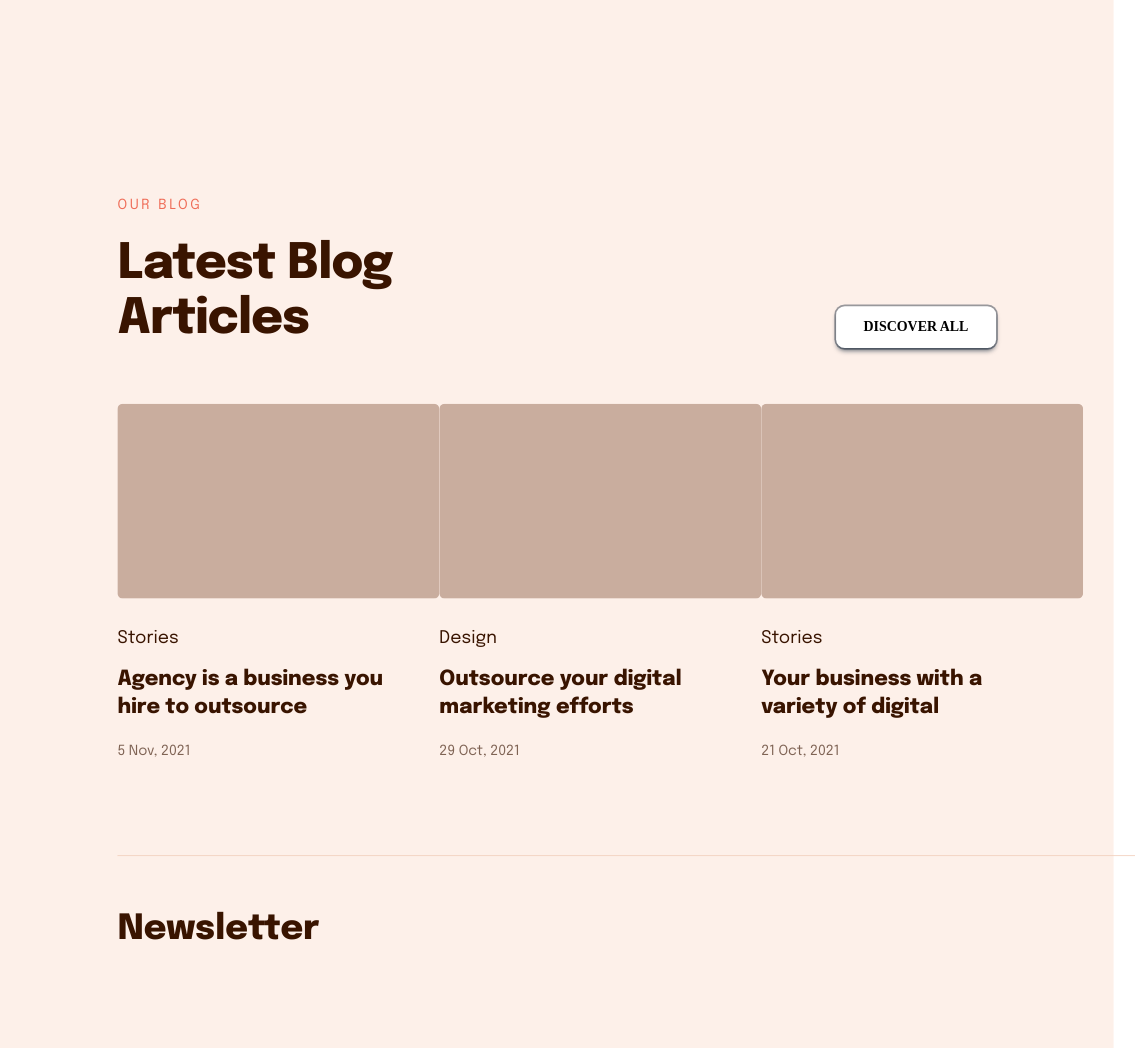
Repository: AytacJafarova/blog
Page: index.html
These files come from the project's save history. The page is drawn as it stood at one moment and after the next save; the edit follows.
The browser window is 1280 px wide. The page is 1305 px wide, so the pictures cover 1305 px, including what lies to the right of the window. The pictures show the whole page, at 87% of full size.

Above is the page before, as saved 2023-08-03 13:51:28.

### index.html
<!DOCTYPE html>
<html lang="en">

<head>
    <meta charset="UTF-8">
    <meta name="viewport" content="width=device-width, initial-scale=1.0">
    <title>Document</title>
    <link rel="stylesheet" href="./index.css">
</head>
<body>
    <div class="container">
        <div class="blog">
            <div class="box1">
                <h1>Our Blog</h1>
                <h2>Latest Blog Articles</h2>
            </div>
            <div class="box2">
                <div class="button">
                    <!-- <img src="./images/Portfolio_Responsive_Template_from_Laaqiq (Copy).zip" alt=""> -->
                    <a href="#" class="button">DISCOVER ALL</a>
                </div>
            </div>
        </div>
        <div class="about-us">
            <div class="stories">
                <img src="./images/overlay.svg" alt="">
                <h1>Stories</h1>
                <p>Agency is a business you hire to outsource</p>
                <p class="nov-5">5 Nov, 2021</p>
            </div>
            <div class="design">
                <img src="./images/overlay.svg" alt="">
                <h1>Design</h1>
                <p>Outsource your digital marketing efforts</p>
                <p class="nov-5">29 Oct, 2021</p>
            </div>
            <div class="marketing">
                <img src="./images/overlay.svg" alt="">
                <h1>Stories</h1>
                <p>Your business with a variety of digital</p>
                <p class="nov-5">21 Oct, 2021</p>
            </div>
        </div>
        <div class="border"></div>
        <div class="email">
            <div class="h1-box">
                <h1>Newsletter</h1>
            </div>
            <div class="email-box">

            </div>
        </div>
    </div>
</body>

</html>

### index.css
@import url('https://fonts.googleapis.com/css2?family=Epilogue:wght@400;800&display=swap');
* {
    padding: 0;
    margin: 0;
    box-sizing: border-box;
}

.container {
    padding: 220px 135px 113px 135px;
    background: #FDF0E9;
}

.blog {
    display: flex;
    justify-content: space-between;
}

.blog .box1 {
    width: 500px;
}

.blog .box1 h1 {
    color: var(--text-dark-accent, #EF6D58);
    font-feature-settings: 'clig' off, 'liga' off;
    font-family: Epilogue;
    font-size: 16px;
    font-style: normal;
    font-weight: 400;
    line-height: 32px;
    letter-spacing: 3px;
    text-transform: uppercase;
}

.blog .box1 h2 {
    color: var(--text-dark, #391400);
    font-feature-settings: 'clig' off, 'liga' off;
    font-family: Epilogue;
    font-size: 56px;
    font-style: normal;
    font-weight: 800;
    line-height: 64px;
    letter-spacing: -1px;
    margin-top: 20px;
}

.blog .box2 {
    margin-top: auto;
}

.blog .box2 .button a {
    background-color: white;
    border: none;
    border-radius: 10px;
    color: black;
    padding: 15px 32px;
    text-align: center;
    text-decoration: none;
    display: inline-block;
    font-size: 16px;
    font-weight: bold;
    box-shadow: rgba(6, 24, 44, 0.4) 0px 0px 0px 2px, rgba(6, 24, 44, 0.65) 0px 4px 6px -1px, rgba(255, 255, 255, 0.08) 0px 1px 0px inset;
}

.about-us {
    margin-top: 64px;
    display: flex;
    justify-content: space-between;
}

.about-us img {
    width: 370px;
    height: 224px;
    flex-shrink: 0;
    border-radius: 6px;
    opacity: 0.3181;
    background: #5C2000;
}

.about-us h1 {
    color: var(--text-dark, #391400);
    font-feature-settings: 'clig' off, 'liga' off;
    font-family: Epilogue;
    font-size: 20px;
    font-style: normal;
    font-weight: 400;
    line-height: 32px;
    margin-top: 26px;
}

.about-us p {
    width: 338px;
    height: 68px;
    flex-shrink: 0;
    color: var(--text-dark, #391400);
    font-feature-settings: 'clig' off, 'liga' off;
    font-family: Epilogue;
    font-size: 24px;
    font-style: normal;
    font-weight: 700;
    line-height: 32px;
    margin-top: 15px;
}

.about-us .nov-5 {
    color: var(--text-dark-gray, rgba(57, 20, 0, 0.64));
    font-feature-settings: 'clig' off, 'liga' off;
    font-family: Epilogue;
    font-size: 16px;
    font-style: normal;
    font-weight: 400;
    line-height: 32px;
    margin-top: 15px;
}

.container .border {
    width: 1170px;
    height: 1px;
    flex-shrink: 0;
    background: #F3D1BF;
    margin-top: 67px;
}

.email {
    display: flex;
    margin-top: 60px;
}

.email .h1-box h1 {
    color: var(--text-dark, #391400);
    font-feature-settings: 'clig' off, 'liga' off;
    font-family: Epilogue;
    font-size: 40px;
    font-style: normal;
    font-weight: 800;
    line-height: 48px;
}

After the next save:
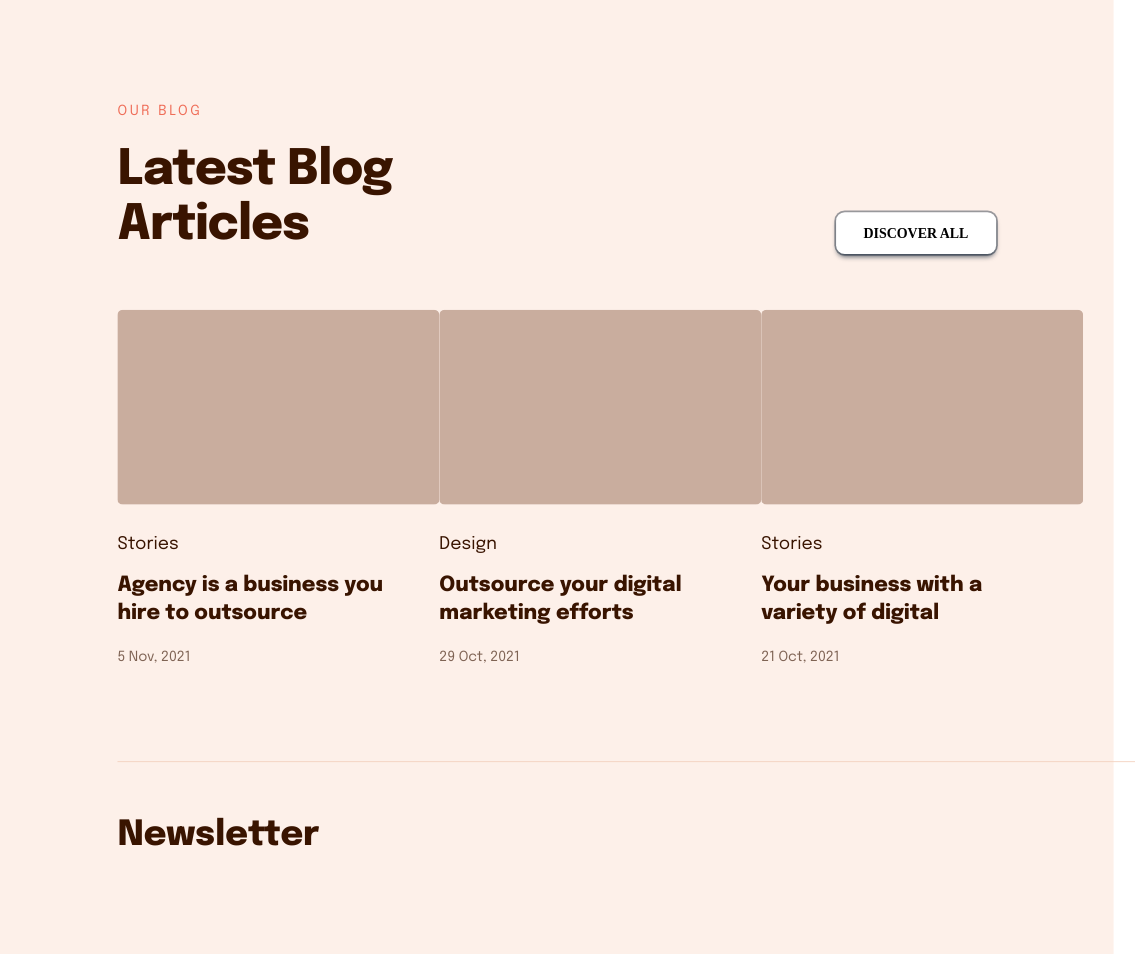
Saved 21 s later.
--- a/index.css
+++ b/index.css
@@ -6,7 +6,7 @@
 }
 
 .container {
-    padding: 220px 135px 113px 135px;
+    padding: 112px 135px 113px 135px;
     background: #FDF0E9;
 }
 
